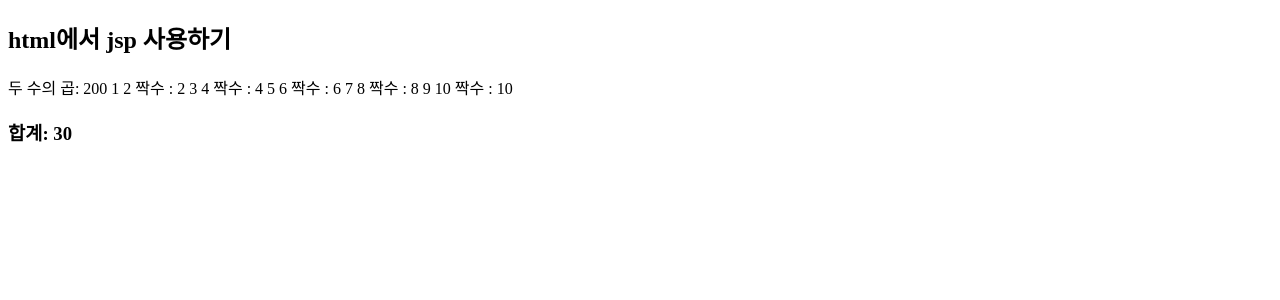
Repository: KyoungHwanJeong/jspworks
Page: http://localhost/jwbook/ch01/scriptlet.jsp
These files come from the project's save history. The page is drawn as it stood at one moment and after the next save; the edit follows.
The browser window is 1280 px wide. The pictures show the whole page.
The page is served by Tomcat 9. Other server files are loaded and not shown.

Above is the page before, as saved 2023-11-20 02:13:27.

### jwbook/src/main/webapp/ch01/scriptlet.jsp
<%-- --%>

<%@ page language="java" contentType="text/html; charset=UTF-8"
    pageEncoding="UTF-8"%>
<!DOCTYPE html>
<html>
<head>
<meta charset="UTF-8">
<title>스크립트릿 태그</title>
</head>
<body>
	<!-- 자바 영역 -->
	<!-- 스크립트릿 사용하기 -->
	<h2>html에서 jsp 사용하기</h2>
	<%
		int n1 = 10, n2 = 20;
		// 내장 객체 - out.println() 함수 사용
		out.println("두 수의 곱: " + (n1*n2));

		//1부터 10까지 자연수 중에 짝수 출력
		for(int i=1; i<=10; i++){
			out.println(i);
			if(i%2==0){
				out.println("짝수 : " + i);
			}
		}
	%>
	<!-- 출력문(서버측이므로 클라에서는 자바 계산식이 안보인다) -->
	<h3>합계: <%=n1+n2 %></h3>
</body>
</html>

After the next save:
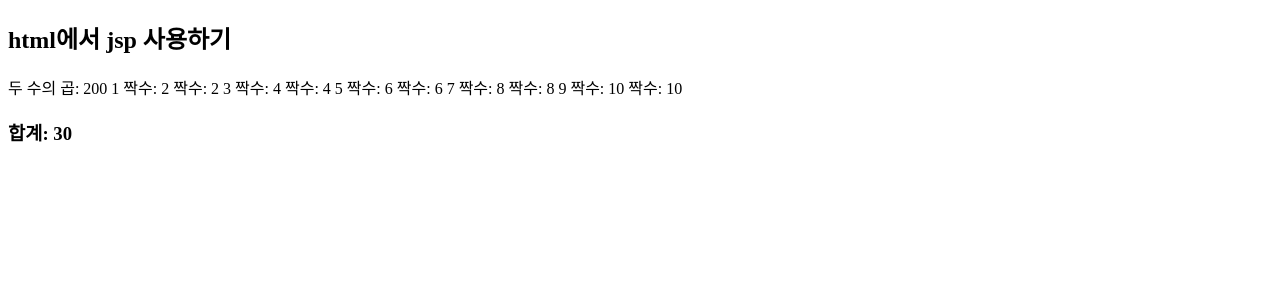
Saved 31 s later.
--- a/jwbook/src/main/webapp/ch01/scriptlet.jsp
+++ b/jwbook/src/main/webapp/ch01/scriptlet.jsp
@@ -20,8 +20,10 @@
 		//1부터 10까지 자연수 중에 짝수 출력
 		for(int i=1; i<=10; i++){
 			out.println(i);
+
+			out.println("짝수: ");
 			if(i%2==0){
-				out.println("짝수 : " + i);
+				out.println(i);
 			}
 		}
 	%>
